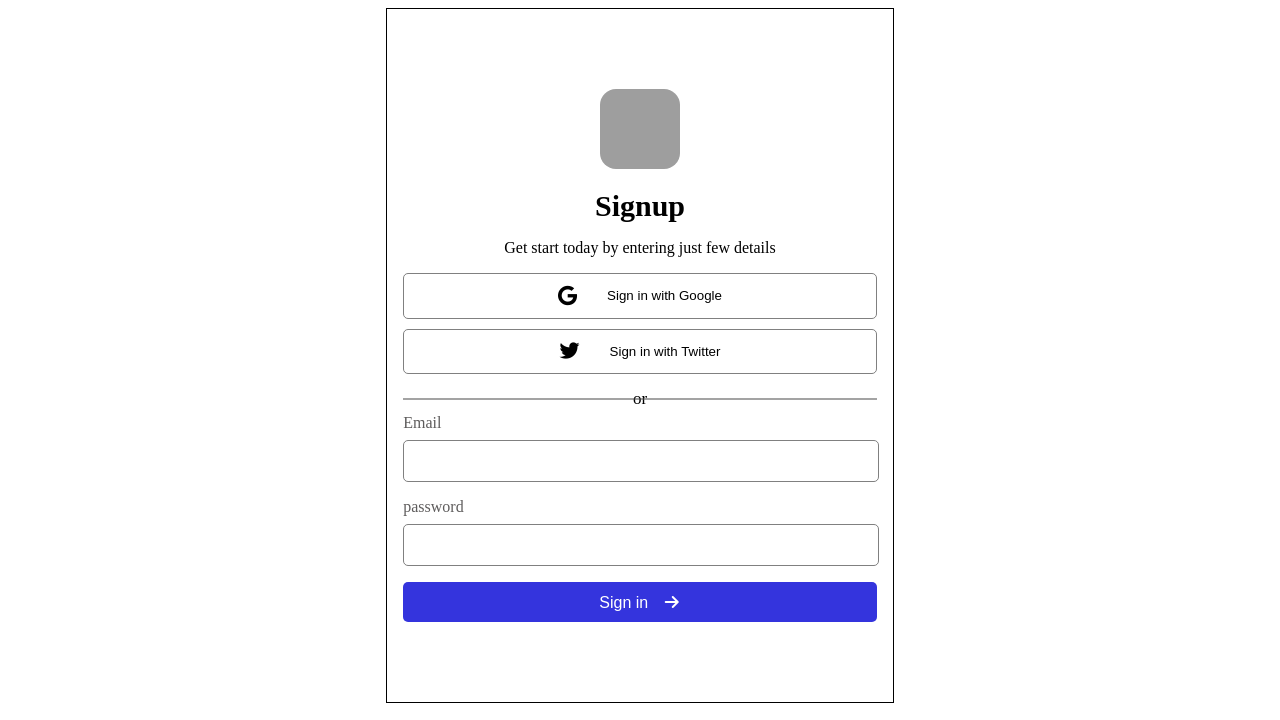
Repository: tungts3qb/Javascript
Page: sign-up/signup.html
The author's editor kept a copy of each file at every save. The page is drawn from the files as they stood at one save, then again after the next save.
The browser window is 1280 px wide. The pictures show the whole page.
Pictures or frames that could not be fetched are drawn as grey boxes.

Above is the page before, as saved 2022-12-26 23:44:19.

### sign-up/signup.html
<!DOCTYPE html>
<html lang="en">
  <head>
    <meta charset="UTF-8" />
    <meta http-equiv="X-UA-Compatible" content="IE=edge" />
    <meta name="viewport" content="width=device-width, initial-scale=1.0" />
    <link
      rel="stylesheet"
      href="https://cdnjs.cloudflare.com/ajax/libs/font-awesome/6.2.1/css/all.min.css"
      integrity="sha512-MV7K8+y+gLIBoVD59lQIYicR65iaqukzvf/nwasF0nqhPay5w/9lJmVM2hMDcnK1OnMGCdVK+iQrJ7lzPJQd1w=="
      crossorigin="anonymous"
      referrerpolicy="no-referrer"
    />
    <link rel="stylesheet" href="sign-up.css" />
    <title>Sign up</title>
  </head>
  <body>
    <div class="sign-up-form">
      <div class="sign-up-icon">
        <img
          src="https://images.unsplash.com/photo-1672037253340-1b8b99e8dceb?ixlib=rb-4.0.3&ixid=MnwxMjA3fDB8MHxwaG90by1wYWdlfHx8fGVufDB8fHx8&auto=format&fit=crop&w=387&q=80"
          alt="avatar"
          class="sign-up-logo"
        />
      </div>
      <h3 class="sign-up-title">Signup</h3>
      <p class="sign-up-desc">Get start today by entering just few details</p>
      <div class="sign-up-buttons">
        <button class="sign-up-google">
          <i class="fa-brands fa-google"></i>
          <p>Sign in with Google</p>
        </button>
        <button class="sign-up-twitter">
          <i class="fa-brands fa-twitter"></i>
          <p>Sign in with Twitter</p>
        </button>
      </div>
      <div class="sign-up-or">or</div>
      <div class="sign-up-input-form">
        <form action="" class="sign-up-input">
          <p class="sign-up-email">Email</p>
          <input type="email" name="" id="" class="input_email" />
          <p class="sign-up-password">password</p>
          <input type="password" name="" id="" class="input_password" />
          <button type="submit" class="btn-signin">
            Sign in
            <i class="fa-sharp fa-solid fa-arrow-right signin-arrow"></i>
          </button>
        </form>
      </div>
    </div>
  </body>
</html>

### sign-up/sign-up.css
.sign-up-form {
  width: 40%;
  height: auto;
  border: 1px solid black;
  margin: 0 auto;
  padding-bottom: 5rem;
}

.sign-up-icon img {
  width: 5rem;
  height: 5rem;
  border-radius: 1rem;
  object-fit: cover;
  margin-top: 5rem;
}

.sign-up-icon {
  display: flex;
  align-items: center;
  justify-content: center;
}

.sign-up-title {
  text-align: center;
  font-size: 30px;
  margin-top: 20px;
  margin-bottom: 10px;
}

.sign-up-desc {
  text-align: center;
}

.sign-up-buttons {
  display: flex;
  flex-direction: column;
  align-items: center;
}

.sign-up-google,
.sign-up-twitter {
  width: calc(100% - 2rem);
  display: flex;
  text-align: center;
  justify-content: center;
  margin-bottom: 10px;
  border-radius: 5px;
  border: 1px solid gray;
  background-color: white;
}

.sign-up-google i,
.sign-up-twitter i {
  margin-right: 20px;
  font-size: 20px;
  margin: auto 0;
  padding-right: 30px;
}

.sign-up-or {
  text-align: center;
  font-size: 17px;
}

.sign-up-input {
  width: 100%;
  margin: 0 auto;
}

/* .sign-up-input-form {
  display: flex;
  align-items: center;
  justify-content: center;
} */

.sign-up-input {
  width: calc(100% - 2rem);
}

.input_email,
.input_password {
  padding: 0;
  margin: 0;
  width: 100%;
  height: 2.5rem;
  border-radius: 5px;
  border: 1px solid gray;
}

.sign-up-email,
.sign-up-password {
  margin-top: 0;
  margin-bottom: 0.5rem;
  color: rgb(94, 92, 92);
}

.input_email,
.input_password {
  outline-color: rgb(74, 127, 224);
}

.sign-up-password {
  margin-top: 1rem;
}

.btn-signin {
  margin-top: 1rem;
  width: 100%;
  height: 2.5rem;
  border: none;
  background-color: rgb(52, 52, 221);
  border-radius: 5px;
  color: white;
  font-size: 16px;
  text-align: center;
}

.signin-arrow {
  margin-left: 10px;
  padding: 2px;
}

.sign-up-or {
  position: relative;
  margin-left: 1rem;
  margin-right: 1rem;
  padding: 5px;
}

.sign-up-or::before {
  position: absolute;
  content: "";
  top: 50%;
  left: 0;
  width: 100%;
  height: 1px;
  background-color: rgb(73, 72, 72);
  transform: translateY(-50%);
}

After the next save:
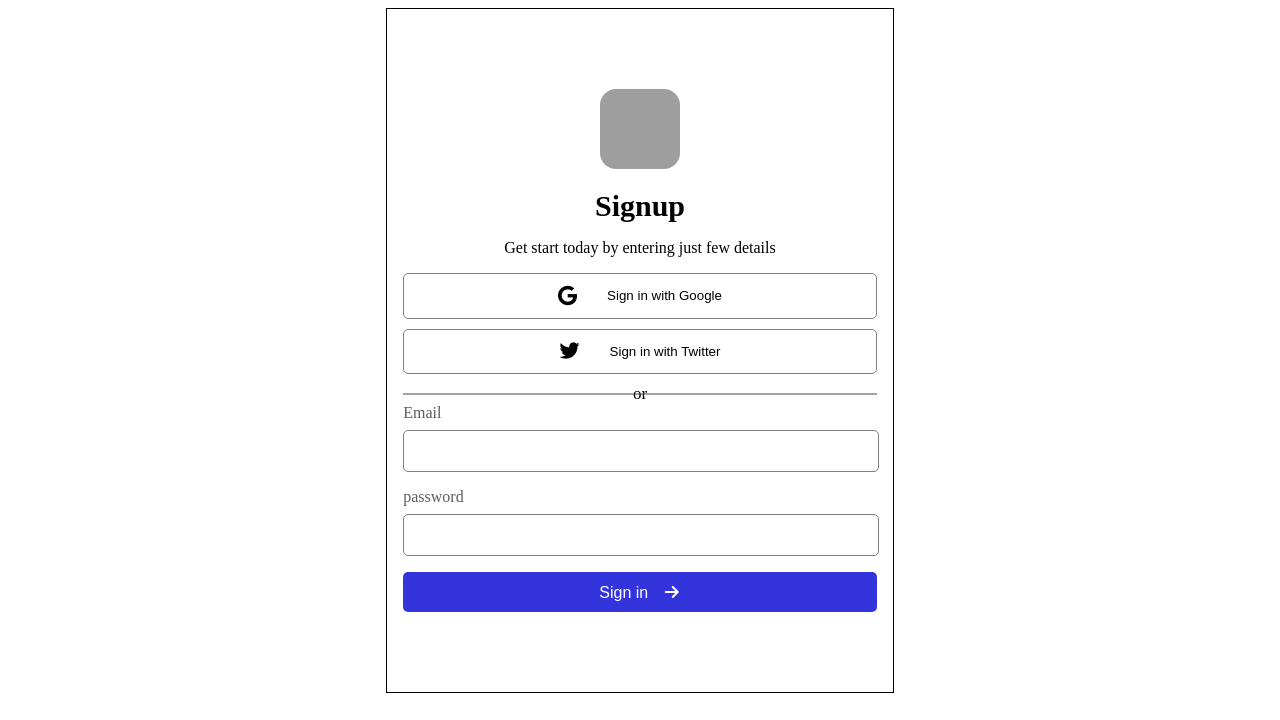
Saved 19 s later.
--- a/sign-up/sign-up.css
+++ b/sign-up/sign-up.css
@@ -124,7 +124,7 @@
   position: relative;
   margin-left: 1rem;
   margin-right: 1rem;
-  padding: 5px;
+  padding: 0 10px;
 }
 
 .sign-up-or::before {
